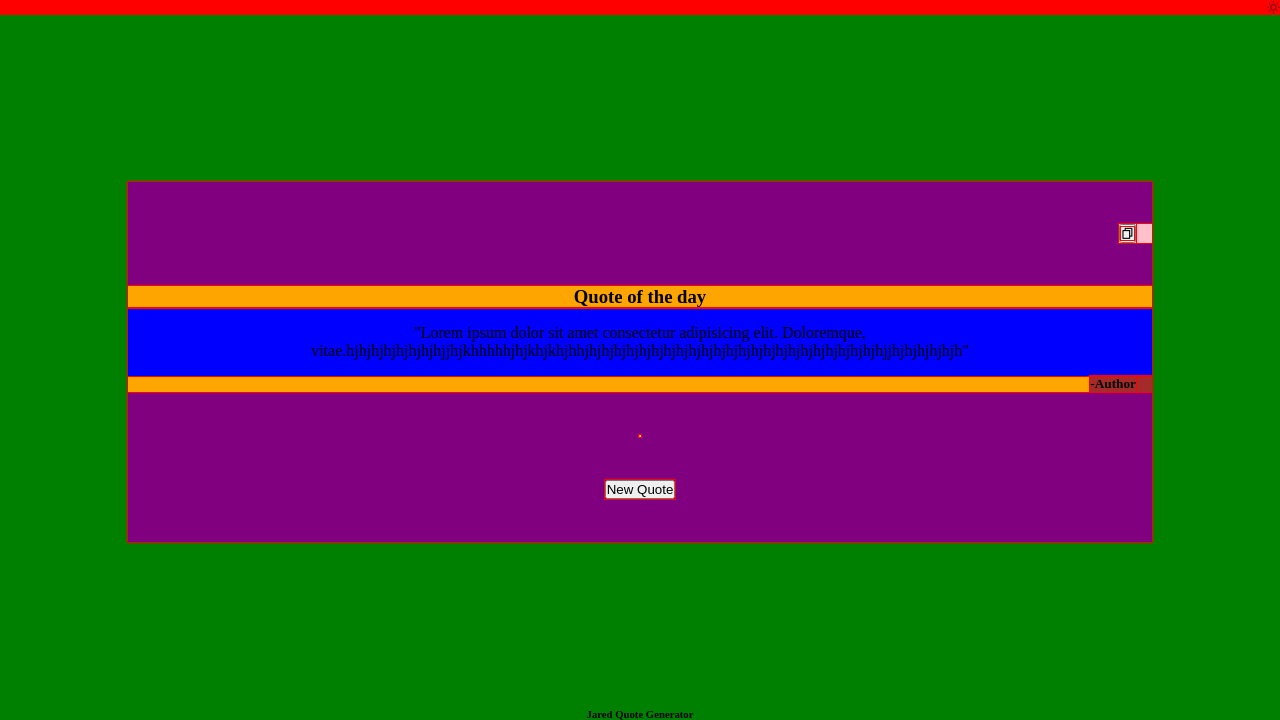
Repository: EguJaredoBoyd/Jared-Quote-Generator
Page: html/main.html
The author's editor kept a copy of each file at every save. The page is drawn from the files as they stood at one save, then again after the next save.
The browser window is 1280 px wide. The pictures show the whole page.
Some web libraries are served in a nearby version.

Above is the page before, as saved 2026-01-09 01:30:18.

After the next save:
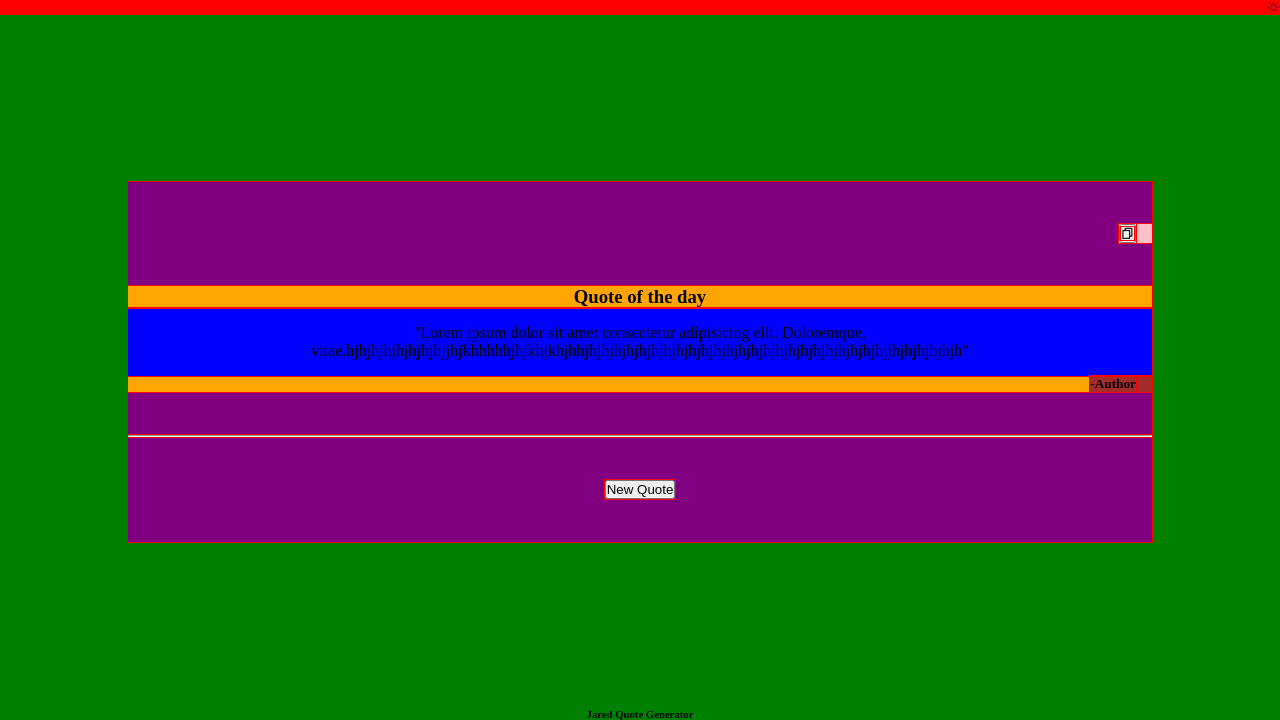
Saved 54 s later.
--- a/css/style.css
+++ b/css/style.css
@@ -84,7 +84,7 @@ header button {
   padding-right: 1rem;
 }
 
-.quote-container__quotes hr {
+.quote-container hr {
   background-color: black;
   width: 100%;
 }
